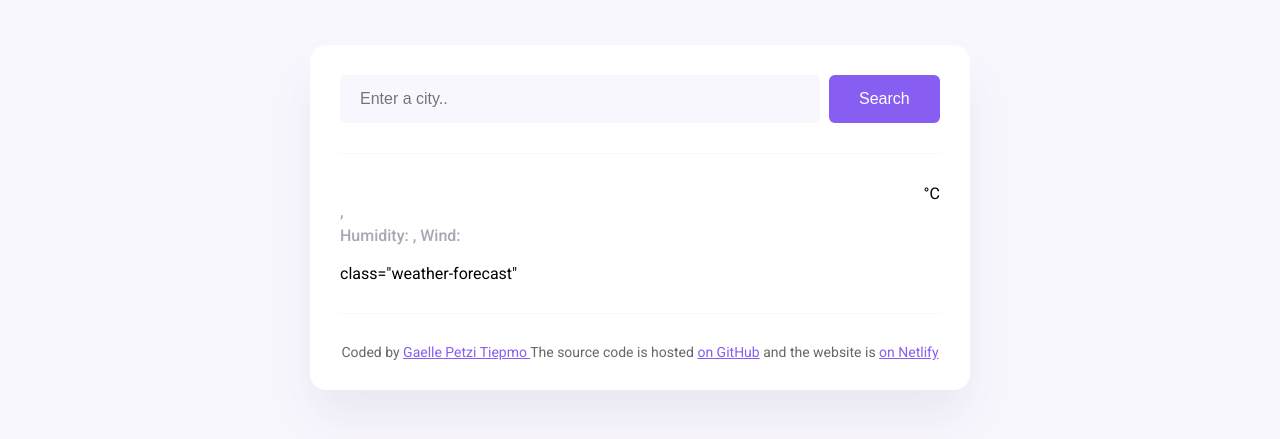
Repository: OnwardForward/meteo.by.gaelle
Page: meteo.appbygaelle.html
An editor plug-in stored every save of this project. The page is shown before and after a run of saves, followed by the edit.
The browser window is 1280 px wide. The pictures show the whole page.
The page's requests for data from a server got no answer. Some web libraries are served in a nearby version.

Above is the page before, as saved 2024-04-22 18:31:11.
Console error: TypeError: Cannot set properties of null (setting 'innerHTML')

After the next 3 saves:
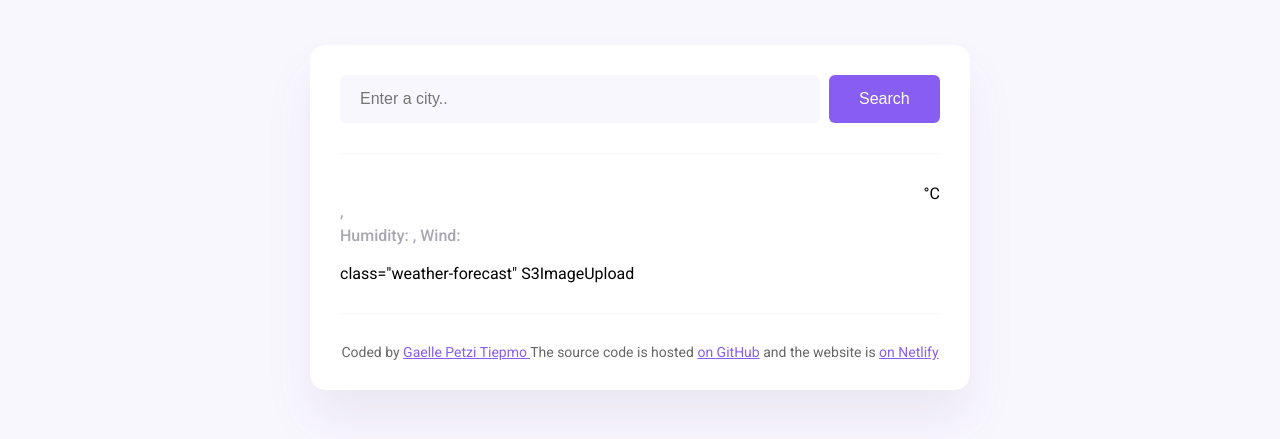
The 3 saves are shown as one change because they came seconds apart.
The last was saved 8 s later.
--- a/meteo.appbygaelle.html
+++ b/meteo.appbygaelle.html
@@ -45,7 +45,7 @@
             <div class="weatehr-app-unit">°C</div>
           </div>
         </div>
-        <div> class="weather-forecast" </div>
+        <div> class="weather-forecast" S3ImageUpload</div>
       </main>
 
       <footer>
